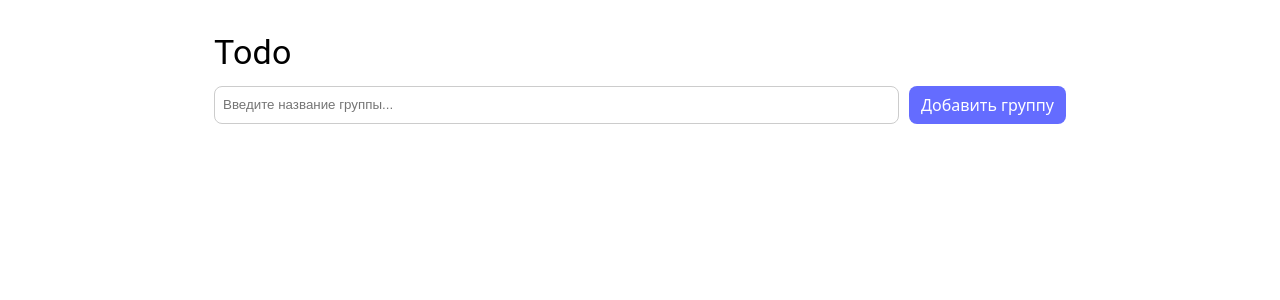
Repository: Burnmyheart/todo-app
Page: /
The author's editor kept a copy of each file at every save. The page is drawn from the files as they stood at one save, then again after the next save.
The browser window is 1280 px wide. The pictures show the whole page.
The project was rebuilt for these pictures with package versions that can differ from the ones it lists, and the page was loaded fresh each time. Also part of the build but not shown: vite.config.ts, src/components/TodoItem/TodoItem.tsx, src/components/TodoList/TodoList.tsx.

Above is the page before, as saved 2025-09-20 01:55:24.

### src/index.css
/* Сброс браузерных стилей */
* {
  margin: 0;
  padding: 0;
  box-sizing: border-box;
}

html, body, #root {
  width: 100%;
  height: 100%;
  font-family: system-ui, -apple-system, BlinkMacSystemFont, "Segoe UI", Roboto, Helvetica, Arial, sans-serif;
  background-color: #fff;
  color: #000;
}


a {
  color: inherit;
  text-decoration: none;
}


button {
  font-family: inherit;
  font-size: 1rem;
  cursor: pointer;
  border: none;
  background: none;
}


h1, h2, h3, h4, h5, h6 {
  font-weight: 600;
}

### src/App.tsx
import React, { useState, useEffect } from "react";
import AddTodo from "./components/AddTodo/AddTodo";
import TodoList from "./components/TodoList/TodoList";
import { saveGroups, loadGroups } from "./utils/localStorage";
import type { TodoGroup } from "./types";
import { Container, Typography, Stack } from "@mui/material";

const App: React.FC = () => {
  const [groups, setGroups] = useState<TodoGroup[]>([]);

  useEffect(() => {
    setGroups(loadGroups());
  }, []);

  useEffect(() => {
    saveGroups(groups);
  }, [groups]);

  const addGroup = (title: string) => {
    if (!title.trim()) return;
    const newGroup: TodoGroup = {
      id: Date.now(),
      title,
      tasks: [],
      createdAt: new Date(),
    };
    setGroups((prev) => [...prev, newGroup]);
  };

  const updateGroup = (updated: TodoGroup) => {
    setGroups((prev) =>
      prev.map((group) => (group.id === updated.id ? updated : group))
    );
  };

  const moveGroup = (id: number, direction: "up" | "down") => {
    setGroups((prev) => {
      const idx = prev.findIndex((g) => g.id === id);
      if (idx === -1) return prev;

      const newGroups = [...prev];
      if (direction === "up" && idx > 0) {
        [newGroups[idx - 1], newGroups[idx]] = [newGroups[idx], newGroups[idx - 1]];
      }
      if (direction === "down" && idx < newGroups.length - 1) {
        [newGroups[idx + 1], newGroups[idx]] = [newGroups[idx], newGroups[idx + 1]];
      }
      return newGroups;
    });
  };

  return (
    <Container maxWidth="md" sx={{ py: 4 }}>
      <Typography variant="h4" gutterBottom>
        Todo
      </Typography>
      <AddTodo onAdd={addGroup} />
      <Stack spacing={2} mt={2}>
        {groups.map((group) => (
          <TodoList
            key={group.id}
            group={group}
            onUpdateGroup={updateGroup}
            onMoveGroup={moveGroup}
          />
        ))}
      </Stack>
    </Container>
  );
};

export default App;

### src/components/AddTodo/AddTodo.tsx
import React, { useState } from "react";
import styled from "styled-components";

interface AddTodoProps {
  onAdd: (title: string) => void;
}

const Container = styled.div`
  margin-bottom: 20px;
  display: flex;
  gap: 10px;
`;

const Input = styled.input`
  flex: 1;
  padding: 8px;
  border: 1px solid #ccc;
  border-radius: 8px;
`;

const Button = styled.button`
  padding: 8px 12px;
  border: none;
  background-color: #646cff;
  color: white;
  border-radius: 8px;
  cursor: pointer;
`;

const Error = styled.p`
  color: red;
  margin-top: 5px;
`;

const AddTodo: React.FC<AddTodoProps> = ({ onAdd }) => {
  const [value, setValue] = useState("");
  const [error, setError] = useState("");

  const handleAdd = () => {
    if (value.trim() === "") {
      setError("Поле не может быть пустым");
      return;
    }
    onAdd(value);
    setValue("");
    setError("");
  };

  return (
    <div>
      <Container>
        <Input
          value={value}
          onChange={(e) => setValue(e.target.value)}
          placeholder="Введите название группы..."
        />
        <Button onClick={handleAdd}>Добавить группу</Button>
      </Container>
      {error && <Error>{error}</Error>}
    </div>
  );
};

export default AddTodo;

### src/utils/localStorage.tsx
import type { TodoGroup } from "../types";

const GROUPS_KEY = "todoGroups";

export const saveGroups = (groups: TodoGroup[]) => {
  localStorage.setItem(GROUPS_KEY, JSON.stringify(groups));
};

export const loadGroups = (): TodoGroup[] => {
  const data = localStorage.getItem(GROUPS_KEY);
  return data ? JSON.parse(data) : [];
};

Loaded but not shown: index.html (common file); src/main.tsx (common file)

After the next save:
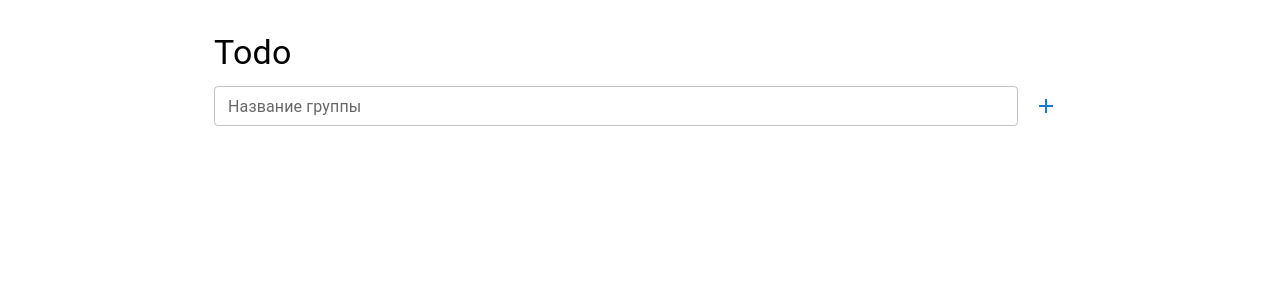
Saved 8 s later.
--- a/src/components/AddTodo/AddTodo.tsx
+++ b/src/components/AddTodo/AddTodo.tsx
@@ -1,63 +1,33 @@
 import React, { useState } from "react";
-import styled from "styled-components";
+import { TextField, IconButton, Stack } from "@mui/material";
+import AddIcon from "@mui/icons-material/Add";
 
 interface AddTodoProps {
   onAdd: (title: string) => void;
 }
 
-const Container = styled.div`
-  margin-bottom: 20px;
-  display: flex;
-  gap: 10px;
-`;
-
-const Input = styled.input`
-  flex: 1;
-  padding: 8px;
-  border: 1px solid #ccc;
-  border-radius: 8px;
-`;
-
-const Button = styled.button`
-  padding: 8px 12px;
-  border: none;
-  background-color: #646cff;
-  color: white;
-  border-radius: 8px;
-  cursor: pointer;
-`;
-
-const Error = styled.p`
-  color: red;
-  margin-top: 5px;
-`;
-
 const AddTodo: React.FC<AddTodoProps> = ({ onAdd }) => {
-  const [value, setValue] = useState("");
-  const [error, setError] = useState("");
+  const [title, setTitle] = useState("");
 
   const handleAdd = () => {
-    if (value.trim() === "") {
-      setError("Поле не может быть пустым");
-      return;
-    }
-    onAdd(value);
-    setValue("");
-    setError("");
+    if (!title.trim()) return;
+    onAdd(title);
+    setTitle("");
   };
 
   return (
-    <div>
-      <Container>
-        <Input
-          value={value}
-          onChange={(e) => setValue(e.target.value)}
-          placeholder="Введите название группы..."
-        />
-        <Button onClick={handleAdd}>Добавить группу</Button>
-      </Container>
-      {error && <Error>{error}</Error>}
-    </div>
+    <Stack direction="row" spacing={1}>
+      <TextField
+        fullWidth
+        size="small"
+        label="Название группы"
+        value={title}
+        onChange={(e) => setTitle(e.target.value)}
+      />
+      <IconButton color="primary" onClick={handleAdd}>
+        <AddIcon />
+      </IconButton>
+    </Stack>
   );
 };
 
